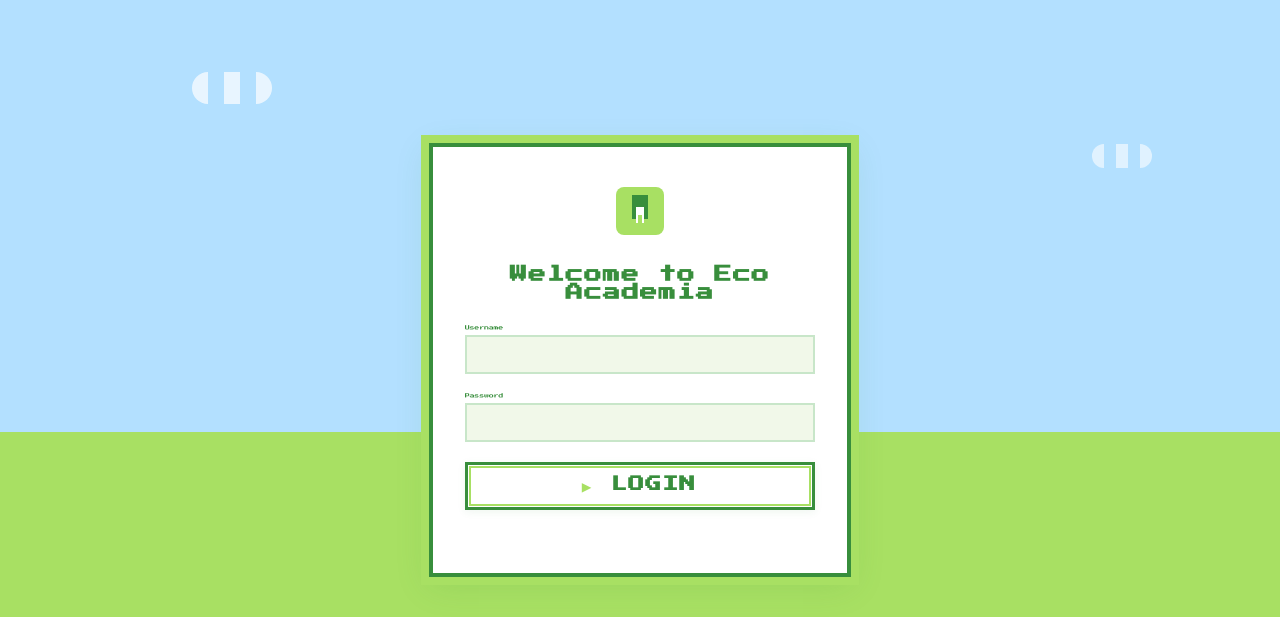
Repository: hotaruhshs/eco-academia
Page: login/index.html
These files come from the project's save history. The page is drawn as it stood at one moment and after the next save; the edit follows.
The browser window is 1280 px wide. The pictures show the whole page.

Above is the page before, as saved 2025-07-06 01:15:59.

After the next save:
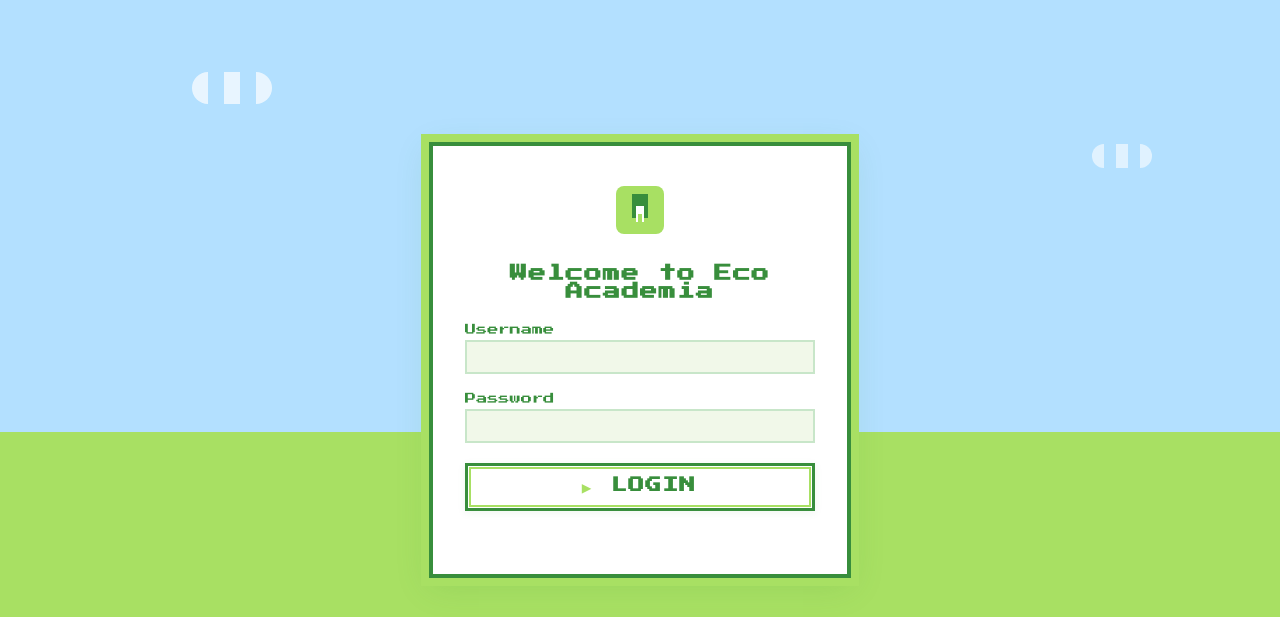
Saved 48 s later.
--- a/login/css/login.css
+++ b/login/css/login.css
@@ -93,7 +93,7 @@ h2 {
   color: #388e3c;
   font-weight: 500;
   font-family: "Press Start 2P", "Consolas", monospace;
-  font-size: 0.3rem;
+  font-size: 0.7rem;
 }
 
 .input-group input {
@@ -102,7 +102,7 @@ h2 {
   padding: 0.6rem 0.6rem;
   border: 2.5px solid #c8e6c9;
   border-radius: 0;
-  font-size: 1rem;
+  font-size: 0.7rem;
   background: #f1f8e9;
   font-family: "Press Start 2P", "Consolas", monospace;
   image-rendering: pixelated;
